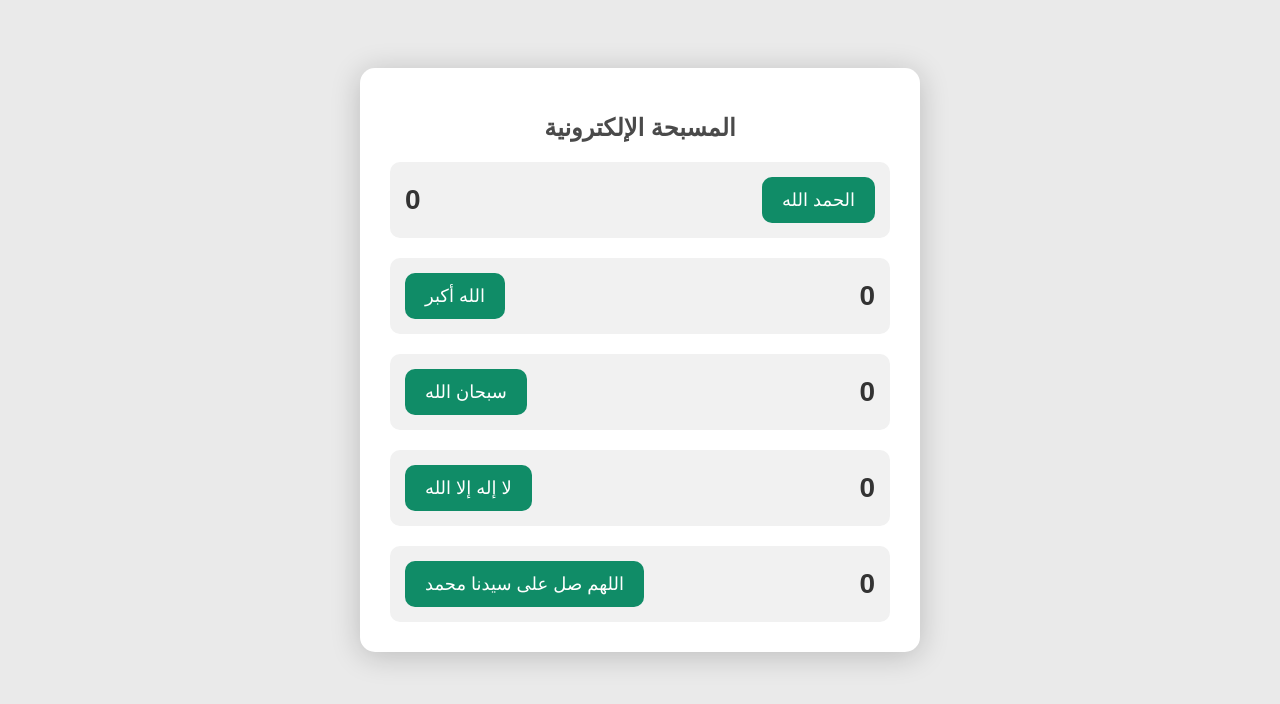
Repository: ShahdKItany/Electronic-Rosary
Page: index.html
The author's editor kept a copy of each file at every save. The page is drawn from the files as they stood at one save, then again after a run of saves.
The browser window is 1280 px wide. The pictures show the whole page.

Above is the page before, as saved 2024-10-23 00:54:28.

After the next 3 saves:
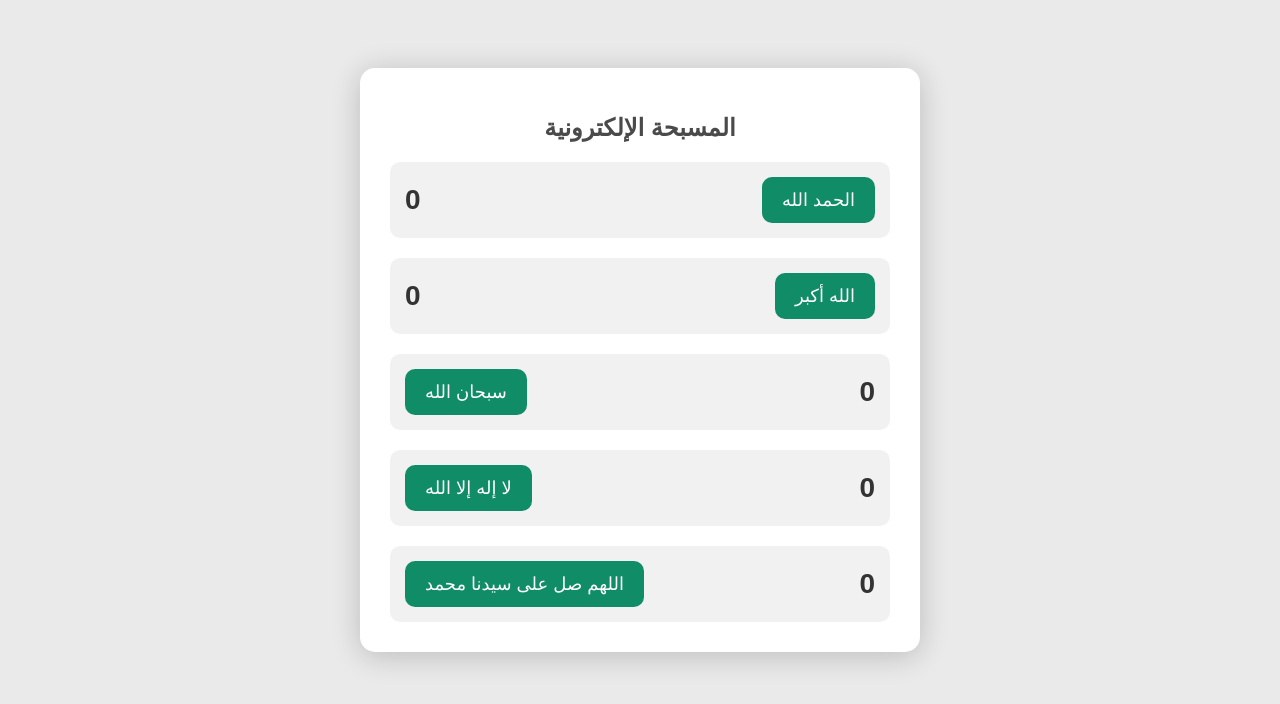
The 3 saves are shown as one change because they came seconds apart.
The last was saved 10 s later.
--- a/index.html
+++ b/index.html
@@ -15,8 +15,8 @@
         <button id="incrementButton1">الحمد الله</button>
       </div>
       <div class="button-group">
+        <span id="counter2" class="counter">0</span>
         <button id="incrementButton2">الله أكبر</button>
-        <span id="counter2" class="counter">0</span>
       </div>
       <div class="button-group">
         <button id="incrementButton3">سبحان الله</button>
